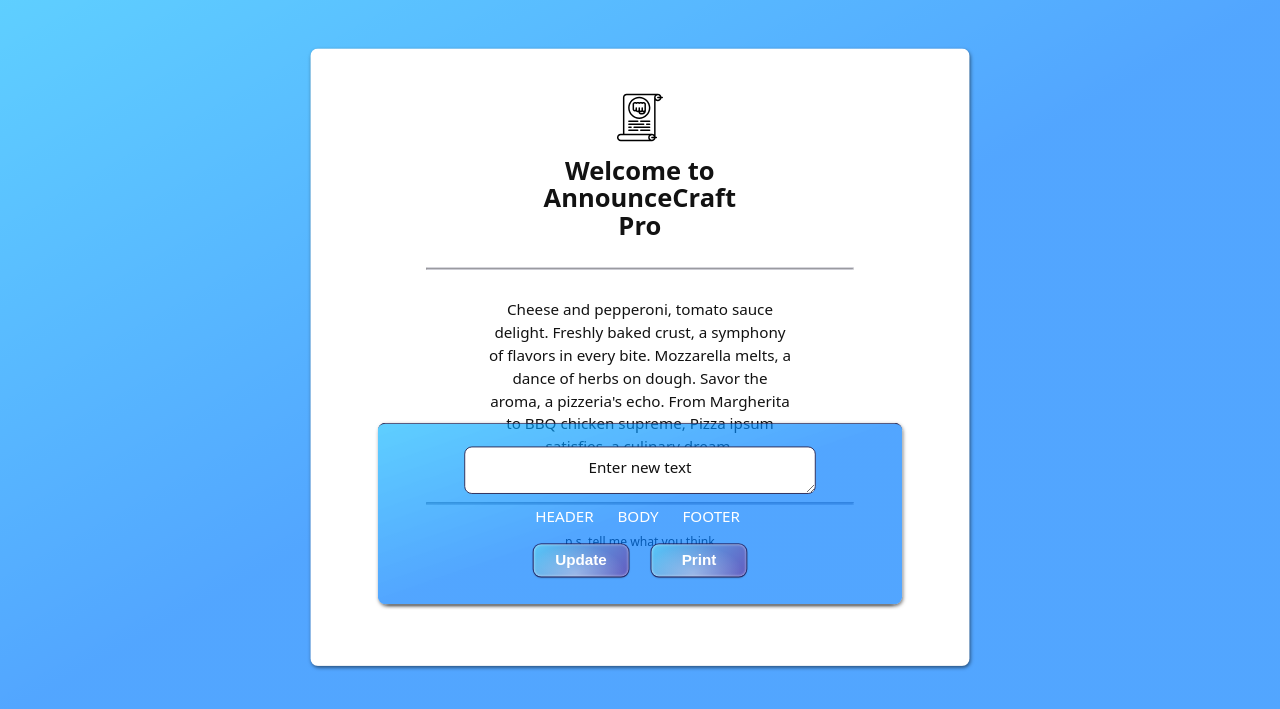
Repository: Freezler/AnnounceCraft
Page: index.html
An editor plug-in stored every save of this project. The page is shown before and after the next save, followed by the edit.
The browser window is 1280 px wide. The pictures show the whole page.

Above is the page before, as saved 2024-01-22 21:20:43.

### index.html
<!DOCTYPE html>
<html lang="en">

<head>
	<meta charset="UTF-8" />
	<meta name="viewport" content="width=device-width, initial-scale=1.0" />
	<title>Paper Announcement App</title>
	<link rel="stylesheet" href="style.css" />
</head>

<body>
	<section id="shopping-list">

		<div class="content">
			<svg xmlns="http://www.w3.org/2000/svg" xmlns:xlink="http://www.w3.org/1999/xlink" version="1.1" x="0"
				y="0px" viewBox="0 0 64 80" enable-background="new 0 0 64 64" xml:space="preserve">
				<g>
					<path
						d="M6,64h42c2.414,0,4.435-1.721,4.898-4H54c0.553,0,1-0.447,1-1s-0.447-1-1-1h-1V8.975C53.838,9.609,54.87,10,56,10   c2.414,0,4.435-1.721,4.898-4H62c0.553,0,1-0.447,1-1s-0.447-1-1-1h-1.102C60.435,1.721,58.414,0,56,0H14c-2.757,0-5,2.243-5,5v49   H6c-2.757,0-5,2.243-5,5S3.243,64,6,64z M48,62c-1.654,0-3-1.346-3-3s1.346-3,3-3c1.302,0,2.401,0.839,2.815,2H48   c-0.553,0-1,0.447-1,1s0.447,1,1,1h2.815C50.401,61.161,49.302,62,48,62z M58.815,4H56c-0.553,0-1,0.447-1,1s0.447,1,1,1h2.815   C58.401,7.161,57.302,8,56,8c-1.654,0-3-1.346-3-3s1.346-3,3-3C57.302,2,58.401,2.839,58.815,4z M11,5c0-1.654,1.346-3,3-3h38.025   C51.391,2.838,51,3.87,51,5v50.025C50.162,54.391,49.13,54,48,54H11V5z M6,56h38.025C43.391,56.838,43,57.87,43,59   s0.391,2.162,1.025,3H6c-1.654,0-3-1.346-3-3S4.346,56,6,56z" />
					<path
						d="M45,40.008h-4c-0.553,0-1,0.447-1,1s0.447,1,1,1h4c0.553,0,1-0.447,1-1S45.553,40.008,45,40.008z" />
					<path
						d="M17,42.008h20c0.553,0,1-0.447,1-1s-0.447-1-1-1H17c-0.553,0-1,0.447-1,1S16.447,42.008,17,42.008z" />
					<path
						d="M45,44.008H24c-0.553,0-1,0.447-1,1s0.447,1,1,1h21c0.553,0,1-0.447,1-1S45.553,44.008,45,44.008z" />
					<path
						d="M17,46.008h3c0.553,0,1-0.447,1-1s-0.447-1-1-1h-3c-0.553,0-1,0.447-1,1S16.447,46.008,17,46.008z" />
					<path
						d="M17,38.008h12c0.553,0,1-0.447,1-1s-0.447-1-1-1H17c-0.553,0-1,0.447-1,1S16.447,38.008,17,38.008z" />
					<path
						d="M45,36.008H33c-0.553,0-1,0.447-1,1s0.447,1,1,1h12c0.553,0,1-0.447,1-1S45.553,36.008,45,36.008z" />
					<path
						d="M29,48.008H17c-0.553,0-1,0.447-1,1s0.447,1,1,1h12c0.553,0,1-0.447,1-1S29.553,48.008,29,48.008z" />
					<path
						d="M45,48.008H33c-0.553,0-1,0.447-1,1s0.447,1,1,1h12c0.553,0,1-0.447,1-1S45.553,48.008,45,48.008z" />
					<path
						d="M40.001,14.006c0-1.654-1.346-3-3-3c-0.003,0-0.005,0.002-0.007,0.002c-0.703,0.001-1.389,0.19-1.993,0.545   c-1.213-0.711-2.787-0.711-4,0c-1.213-0.711-2.787-0.711-4,0c-0.604-0.354-1.29-0.544-1.993-0.545   c-0.002,0-0.004-0.002-0.007-0.002c-1.654,0-3,1.346-3,3v7.002c0,1.654,1.346,3,3,3c0.537,0,1.034-0.153,1.471-0.401   c0.532,0.84,1.464,1.402,2.529,1.402c0.36,0,0.7-0.074,1.021-0.19c-0.004,0.064-0.021,0.126-0.021,0.191c0,1.654,1.346,3,3,3h1.989   c0.004,0,0.006,0.002,0.01,0.002c2.76,0,5.006-2.246,5.006-5.006c0-0.009-0.005-0.016-0.005-0.024V14.006z M29.001,23.009   c-0.552,0-1-0.448-1-1v-3.003c0-0.553-0.447-1-1-1s-1,0.447-1,1v2.002c0,0.552-0.448,1-1,1s-1-0.448-1-1v-7.002   c0-0.551,0.447-0.998,0.997-1c0.001,0,0.002,0.001,0.003,0.001c0.485,0,0.957,0.186,1.331,0.521c0.379,0.342,0.959,0.342,1.338,0   c0.748-0.672,1.914-0.672,2.662,0c0.379,0.342,0.959,0.342,1.338,0c0.748-0.672,1.914-0.672,2.662,0   c0.189,0.171,0.43,0.257,0.669,0.257s0.479-0.086,0.669-0.257c0.374-0.336,0.846-0.521,1.331-0.521   c0.001,0,0.002-0.001,0.003-0.001c0.55,0.002,0.997,0.449,0.997,1v8.003c0,0.552-0.448,1-1,1s-1-0.448-1-1v-3.003   c0-0.553-0.447-1-1-1s-1,0.447-1,1v3.003c0,0.552-0.448,1-1,1s-1-0.448-1-1v-3.003c0-0.553-0.447-1-1-1s-1,0.447-1,1v3.003   C30.001,22.561,29.553,23.009,29.001,23.009z M35.007,26.011c-0.003,0-0.005-0.001-0.007-0.001h-1.999c-0.552,0-1-0.448-1-1   c0-0.061,0.026-0.115,0.038-0.174c0.304,0.104,0.623,0.173,0.962,0.173c0.771,0,1.468-0.301,2-0.78c0.532,0.479,1.229,0.78,2,0.78   c0.084,0,0.162-0.018,0.244-0.024C36.695,25.607,35.9,26.009,35.007,26.011z" />
					<path
						d="M31,3.998c-8.271,0-15,6.729-15,15s6.729,15,15,15s15-6.729,15-15S39.271,3.998,31,3.998z M31,31.998   c-7.168,0-13-5.832-13-13s5.832-13,13-13s13,5.832,13,13S38.168,31.998,31,31.998z" />
				</g>
			</svg>
			<h1 @click="updateSelectedType('Header'); updateSelectedText(header)">{{ header }}</h1>
			<hr>
			<p @click="updateSelectedType('Body'); updateSelectedText(body)">{{ body }}</p>
			<hr>
			<h4 @click="updateSelectedType('Footer'); updateSelectedText(footer)">{{ footer }}</h4>
		</div>
		<div class="choice-box">
			<textarea v-model="selectedText" type="text" minlength="10" maxlength="400" required
				placeholder="Enter new text"></textarea>

			<div class="radio-container">
				<input class="btn" type="radio" id="header" value="Header" v-model="selectedType"
					@change="updateTempContent">
				<label for="header">HEADER</label>
				<input class="btn" type="radio" id="body" value="Body" v-model="selectedType"
					@change="updateTempContent">
				<label for="body">BODY</label>
				<input class="btn" type="radio" id="footer" value="Footer" v-model="selectedType"
					@change="updateTempContent">
				<label for="footer">FOOTER</label>
				<div class="btn-group">
					<button @click="updateText" class="btn">Update</button>
					<button @click="updateText" class="btn">Print</button>
				</div>

			</div>
		</div>
	</section>
	<script src="https://unpkg.com/vue@3"></script>
	<script src="app.js"></script>
</body>

</html>

### style.css
:root {
    --primary-color: hsla(211, 100%, 50%, 0.678);
    --secondary-color: #6c757d;
    --success-color: #28a745;
    --error-color: #dc3545;
    --oxford-blue: rgb(18, 18, 18);
    --bittersweet: rgb(44, 44, 88);
    --platinum: hsla(174, 11%, 82%, 1);
    --khaki: rgb(118, 143, 230);
    --white: rgb(255, 255, 255);
    --primary: rgb(255, 0, 76);
    --secondary: rgb(0, 255, 76);
    --polkadot-pink: #e6007a;
    --polkadot-purple: #552BBF;
    --polkadot-cyan: hsla(198, 100%, 50%, 0.63);
    --polkadot-lime: #D3FF33;
    --polkadot-green: #56F39A;

    /* Fonts */
    --main-font: 'system-ui', -apple-system, BlinkMacSystemFont, 'Segoe UI', Roboto, Oxygen, Ubuntu, Cantarell, 'Open Sans', 'Helvetica Neue', sans-serif;
    --heading-font: 'Roboto', sans-serif;

    /* Spacing */
    --spacing-small: 8px;
    --spacing-medium: 16px;
    --spacing-large: 24px;

    /* Breakpoints */
    --tablet-breakpoint: 768px;
    --desktop-breakpoint: 1024px;

    /* Other Variables */
    --border-radius: 4px;
    --box-shadow: 1px 2px 4px rgba(0, 0, 0, 0.5);
    --radius: 8px;

    /* Typography */
    --heading-font-size: 24px;
    --heading-line-height: 1.2;
    --paragraph-font-size: 16px;
    --paragraph-line-height: 1.5;
    --paragraph-max-width: 35ch;

    scale: 0.95;
}

body {
    margin: 0;
    padding: 0;
    font-family: var(--main-font);
    background-image: linear-gradient(to bottom right, var(--polkadot-cyan) 0%, var(--primary-color) 50%);
    color: var(--oxford-blue);
    text-align: center;
    height: 100vh;
    display: flex;
    flex-direction: column;
    align-items: center;

}

section {
    margin: 2rem;
    height: 90%;
    border: 1px solid transparent;
    border-radius: var(--radius);
    padding: 0;
    max-width: 54vw;
    background-color: var(--white);
    text-align: center;
    position: absolute;
    box-shadow: var(--box-shadow);
}

h1 {
    font-size: clamp(0.9rem, 2vw, 2rem);
    line-height: 1.1;

    width: 15ch;
    margin: 1rem auto 0;
    word-wrap: pretty;
    transform: scale(1.05);
}

h1:hover {


    color: var(--polkadot-lime);
    transition: color 5s cubic-bezier(0.215, 0.610, 0.355, 1);
    text-align: center;

    padding: 0;
}

h4 {
    font-size: clamp(0.3rem, 2vw, 0.8rem);
    font-weight: 100;
    width: 35ch;
    vertical-align: middle;
    margin: 0 auto;
    padding-bottom: 24px;
    text-align: center;
    word-wrap: balanced;
}

p {
    font-size: clamp(0.6rem, 2vw, 1rem);
    line-height: 1.6;
    width: 35ch;
    line-height: 1.5;
    margin: 0 auto;
    padding: 0px 0px 1rem;
    text-wrap: balance;
    text-align: center;
}

hr {
    background-color: var(--bittersweet);
    width: 35vw;

    align-self: center;

}

label {
    display: block;
    color: var(--white);
}

.radio-container input[type="radio"] {
    display: none;

}

.radio-container input[type="radio"]:hover {
    background: #b984e86e;

}

.radio-container input[type="radio"]+label {
    display: inline-block;
    padding: 5px 10px;
    border-radius: var(--radius);
    margin-right: 5px;
    cursor: pointer;
}

.radio-container input[type="radio"]:checked+label {
    color: var(--white);
    font-weight: 700;
    text-transform: uppercase;
    background: var(--primary);
    filter: brightness(1.)
}

.content {
    display: flex;
    flex-direction: column;
    gap: clamp(1.4rem, 1vw, 2rem);
    width: 54vw;
    text-wrap: balance;
    padding: 5rem 0 4rem;
    margin-top: 1.2rem;
}

svg {
    position: absolute;
    top: 2.4rem;
    left: calc(50% - 25px);
    width: 50px;
    height: 80px;
    padding-bottom: 1rem;

}

.choice-box {
    position: absolute;
    bottom: 2rem;

    opacity: 1;

    background-image: linear-gradient(to bottom right, var(--polkadot-cyan) 0%, var(--primary-color) 50%);
    display: flex;
    flex-direction: column;
    gap: 8px;
    justify-content: center;
    align-items: center;
    break-before: always;
    left: 0rem;
    right: 0;
    padding: 0.8rem 0 0.8rem;
    border-top: 1.6px solid var(--bittersweet);
    border-radius: var(--radius);
    padding-top: 24px;
    padding-bottom: 16px;
    margin: 2rem auto;

    box-shadow: var(--box-shadow), 0px 10px 5px -9px var(--oxford-blue);
    max-width: 80%;

    textarea {
        width: 66%;
        color: var(--oxford-blue);
        background-color: var(--white);
        border: 0.4px solid var(--bittersweet);
        border-radius: var(--radius);
        font-size: 16px;
        font-family: system-ui, -apple-system, BlinkMacSystemFont, 'Segoe UI', Roboto, Oxygen, Ubuntu, Cantarell, 'Open Sans', 'Helvetica Neue', sans-serif;
        margin: 0 auto;

        text-align: center;
        justify-content: baseline;
        overflow: hidden;
        outline: none;
        vertical-align: middle;

        &::placeholder {
            color: var(--oxford-blue);
            text-align: center;
            justify-content: baseline;
            padding-top: 0.5rem;
        }

        &:focus {
            border-color: var(--white);
            box-shadow: 0 0 0 0.1rem var(--primary);
            text-align: center;


        }

        &::invalid {
            background-color: var(--secondary);
        }
    }
}

/*  */

.btn:hover {
    background: var(--bittersweet);
    color: var();
    text-decoration: none;
}

.btn-group {
    display: grid;
    grid-template-columns: 1fr 1fr;
    gap: 8px;
    justify-content: center;
    place-items: center;
}


/* CSS */

.btn {
    margin: 0.8rem 0.3rem;
    padding: 8px 12px;
    border: 0;
    font-size: 16px;
    transition: all 150ms ease-in-out;
    width: 100px;
    border-radius: 8px;
    box-shadow: rgba(255, 255, 255, 0.2) 0px 1px 0px 0px inset, rgba(0, 0, 0, 0.07) 0 1px 1px, rgba(0, 0, 0, 0.07) 0 2px 2px, rgba(0, 0, 0, 0.07) 0 4px 4px;
    font-weight: 600;
    color: #fff;
    box-shadow: rgba(32, 27, 92, 0.8) 0px 0px 0px 1px, rgba(255, 255, 255, 0.7) 0 0 3px 0 inset, 0 1px 2px 0 rgba(0, 0, 0, .5);
    background-image: radial-gradient(53% 87% at 44% 90%, rgba(255, 255, 255, 0.36) 0%, transparent 100%), linear-gradient(130deg, var(--polkadot-cyan) 0%, #635cc0 100%);
}


.btn:hover {
    background: var(--primary);
    filter: brightness(1.)
}



.btn:active {
    transform: scale(.95);
}

### app.js

const PaperAnnouncement = Vue.createApp({
    /**
     * Returns an object with header, body, footer, selectedText, selectedType, and tempContent properties.
     *
     * @return {Object} The object containing header, body, footer, selectedText, selectedType, and tempContent properties.
     */
    data() {
        return {
            header: "Welcome to AnnounceCraft Pro",
            body: "Cheese and pepperoni, tomato sauce delight. Freshly baked crust, a symphony of flavors in every bite. Mozzarella melts, a dance of herbs on dough. Savor the aroma, a pizzeria's echo. From Margherita to BBQ chicken supreme, Pizza ipsum satisfies, a culinary dream.",
            footer: "p.s. tell me what you think",
            selectedText: "",
            selectedType: "",
            tempContent: { type: "", text: "" }
        };
    },
    methods: {
        /**
         * Updates the temporary content based on the selected type and text.
         */
        updateTempContent() {
            if (this.selectedText === "") {
                this.selectedType = "";
                alert("Please enter text first");
            } else {
                if (this.selectedType !== undefined) {
                    this.tempContent.type = this.selectedType;
                }
                if (this.selectedText !== undefined) {
                    this.tempContent.text = this.selectedText;
                }
            }
        },

        /**
         * Updates the header, body, and footer based on the type and text from this.tempContent.
         */
        updateText() {
            const { type, text } = this.tempContent;
            if (type === "Header") {
                this.header = text;
            }
            if (type === "Body") {
                this.body = text;
            }
            if (type === "Footer") {
                this.footer = text;
            }
            this.selectedType = "";
            this.selectedText = "";
        }
    }

}).mount("#shopping-list");

After the next save:
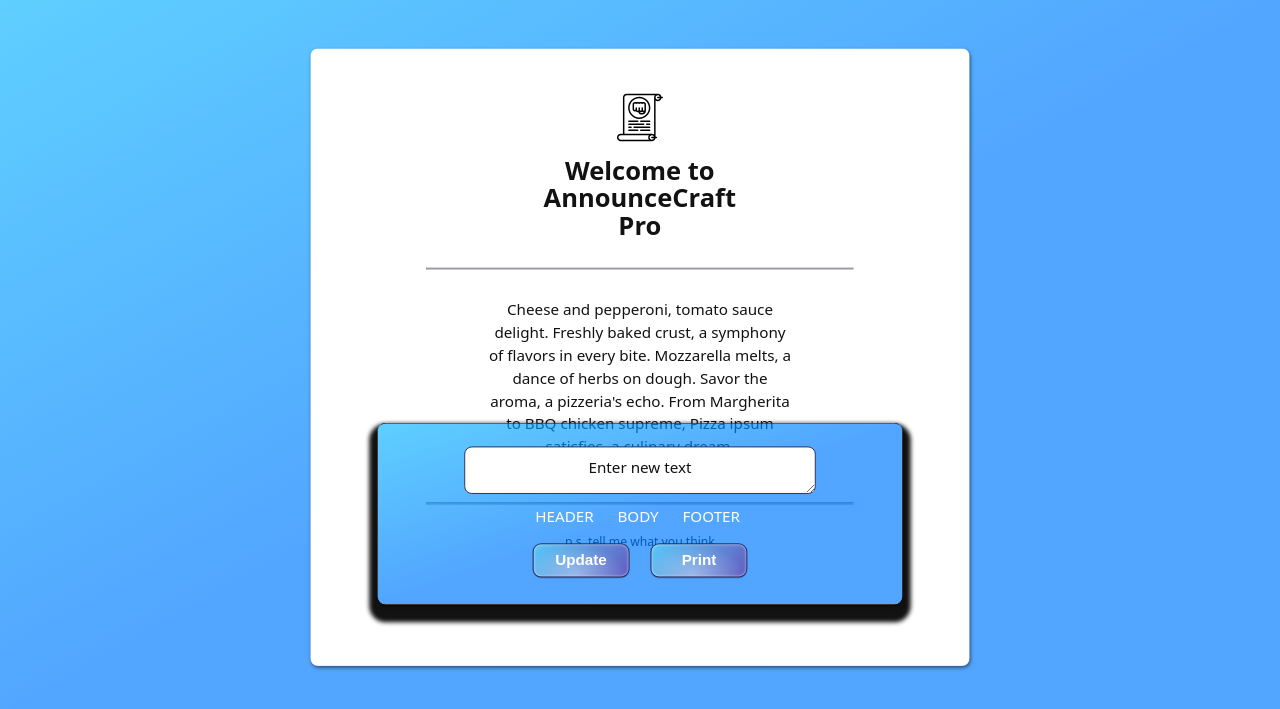
Saved 11 s later.
--- a/style.css
+++ b/style.css
@@ -194,7 +194,7 @@ svg {
     padding-bottom: 16px;
     margin: 2rem auto;
 
-    box-shadow: var(--box-shadow), 0px 10px 5px -9px var(--oxford-blue);
+    box-shadow: var(--box-shadow), 0px 10px 5px 9px var(--oxford-blue);
     max-width: 80%;
 
     textarea {
